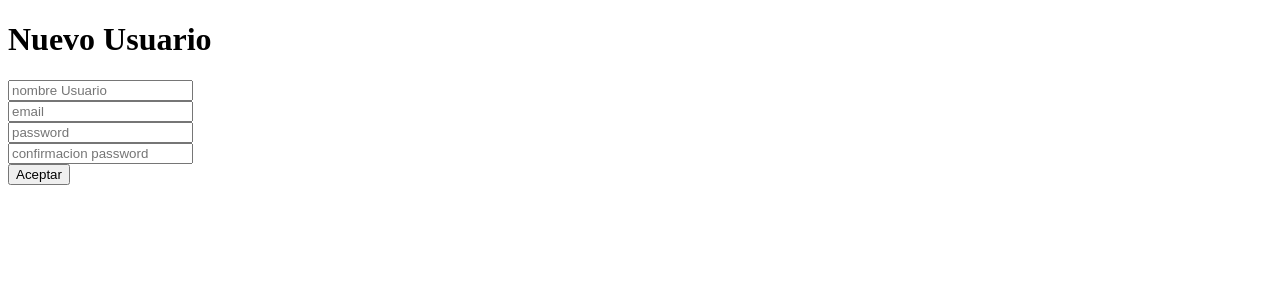
Repository: borjasegui/javaWeb
Page: http://localhost/HelloMVC/nuevousuario
An editor plug-in stored every save of this project. The page is shown before and after the next save, followed by the edit.
The browser window is 1280 px wide. The pictures show the whole page.
The page is served by Tomcat 9. Other server files are loaded and not shown.

Above is the page before, as saved 2018-11-15 09:07:36.

### java-web/HelloMVC/WebContent/nuevousuario.jsp
<%@ page language="java" contentType="text/html; charset=UTF-8"
	pageEncoding="UTF-8"%>
<!DOCTYPE html>
<html>
<head>
<meta charset="UTF-8">
<title>Insert title here</title>
</head>
<body>
	<h1>Nuevo Usuario</h1>

	<form action="" method="POST">

		<div>
			<input type="text" placeholder="nombre Usuario" name="nombre"
				id="nombre" required />
		</div>
		<div>
			<input type="text" placeholder="email" name="nombre" id="email"
				required />
		</div>
		<div>
			<input type="text" placeholder="password" name="password"
				id="password" required />
		</div>
		<div>
			<input type="text" placeholder="confirmacion password" name="password"
				id="confirmacionpassword" required />
		</div>


		<div>
			<button>Aceptar</button>
		</div>
	</form>

</body>
</html>

### java-web/HelloMVC/src/com/borja/controllers/NuevoUsuarioServlet.java
package com.borja.controllers;

import java.io.IOException;
import javax.servlet.ServletException;
import javax.servlet.annotation.WebServlet;
import javax.servlet.http.HttpServlet;
import javax.servlet.http.HttpServletRequest;
import javax.servlet.http.HttpServletResponse;


@WebServlet("/nuevousuario")
public class NuevoUsuarioServlet extends HttpServlet {
	private static final long serialVersionUID = 1L;





	protected void doGet(HttpServletRequest request, HttpServletResponse response) throws ServletException, IOException {

		request.getRequestDispatcher("/nuevousuario.jsp").forward(request, response);
	}


	protected void doPost(HttpServletRequest request, HttpServletResponse response) throws ServletException, IOException {

		doGet(request, response);
	}

}

After the next save:
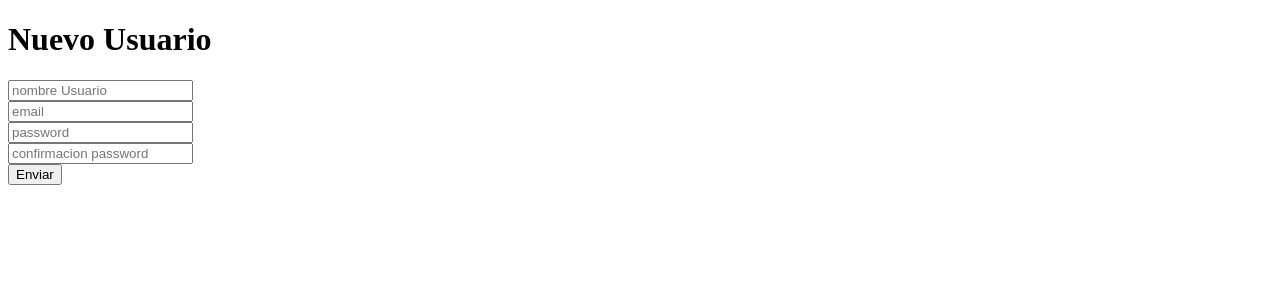
Saved 2 min 59 s later.
--- a/java-web/HelloMVC/WebContent/nuevousuario.jsp
+++ b/java-web/HelloMVC/WebContent/nuevousuario.jsp
@@ -16,7 +16,7 @@
 				id="nombre" required />
 		</div>
 		<div>
-			<input type="text" placeholder="email" name="nombre" id="email"
+			<input type="text" placeholder="email" name="email" id="email"
 				required />
 		</div>
 		<div>
@@ -24,13 +24,13 @@
 				id="password" required />
 		</div>
 		<div>
-			<input type="text" placeholder="confirmacion password" name="password"
+			<input type="text" placeholder="confirmacion password" name="confirmacion"
 				id="confirmacionpassword" required />
 		</div>
 
 
 		<div>
-			<button>Aceptar</button>
+			<button>Enviar</button>
 		</div>
 	</form>
 
